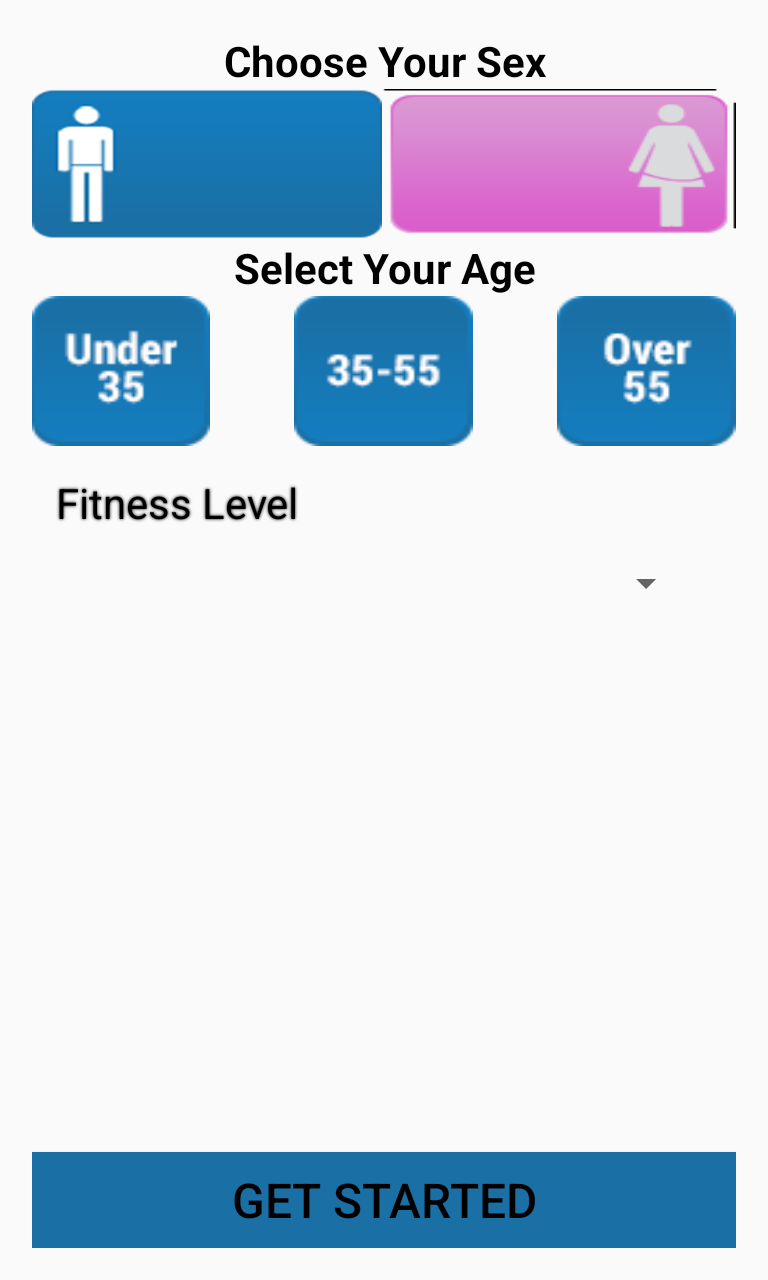
Repository: hackathon-2014/devdroid-repo
Layout: HealthyCompetition/res/layout/profile.xml
An editor plug-in stored every save of this project. The layout is shown before and after the next save, followed by the edit.
It is drawn on a 768 x 1280 px phone screen (xhdpi) without system bars, with theme AppTheme; the app's code is not run.

Above is the layout before, as saved 2014-08-24 00:55:47.

After the next save:
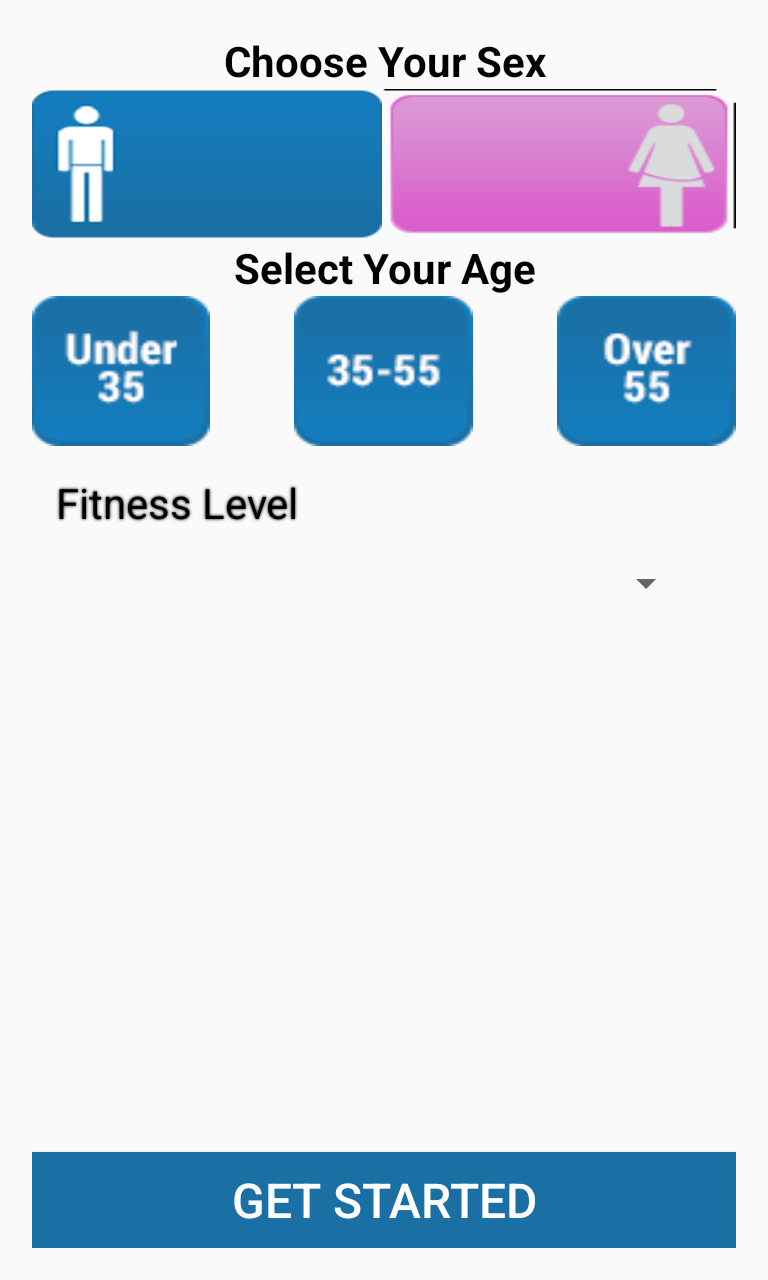
Saved 17 s later.
--- a/HealthyCompetition/res/layout/profile.xml
+++ b/HealthyCompetition/res/layout/profile.xml
@@ -127,8 +127,9 @@
         android:layout_height="wrap_content"
         android:layout_alignParentBottom="true"
         android:text="Get Started"
-        android:textColor="@color/black"
+        android:textColor="@color/white"
         android:background="#1A6FA4"
+
         android:textSize="24sp" />
 
 </RelativeLayout>
